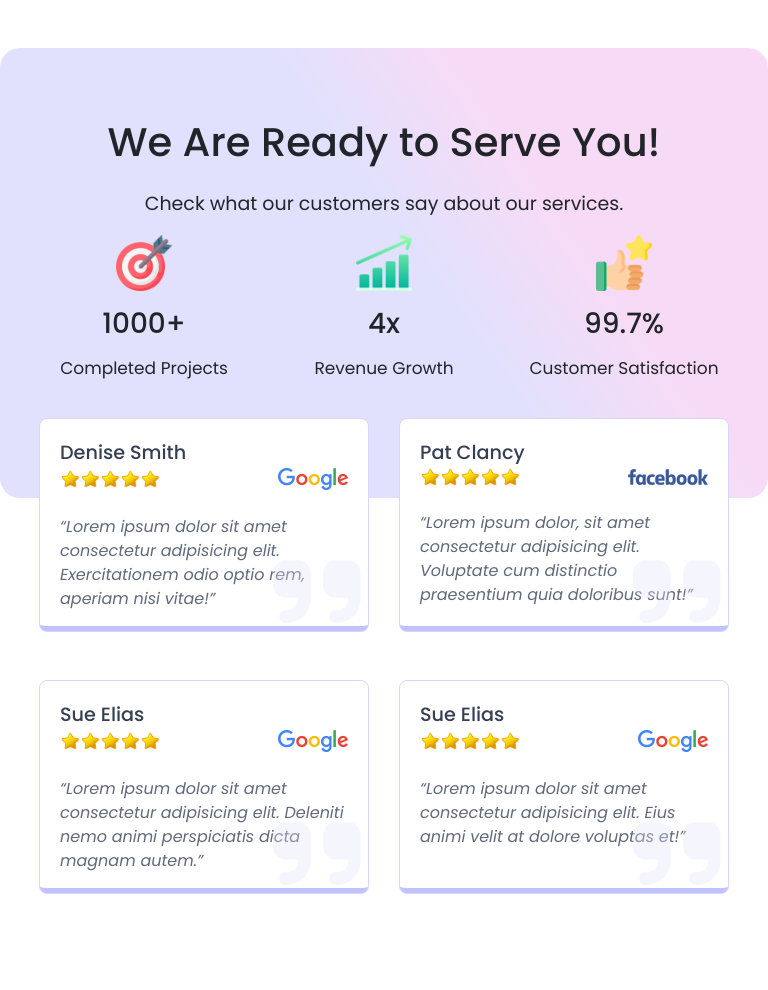
Repository: nazmulalok/review-section-1
Page: index.html
The author's editor kept a copy of each file at every save. The page is drawn from the files as they stood at one save, then again after the next save.
The browser window is 768 px wide. The pictures show the whole page.
Some web libraries are served in a nearby version.

Above is the page before, as saved 2022-08-15 01:18:06.

After the next save:
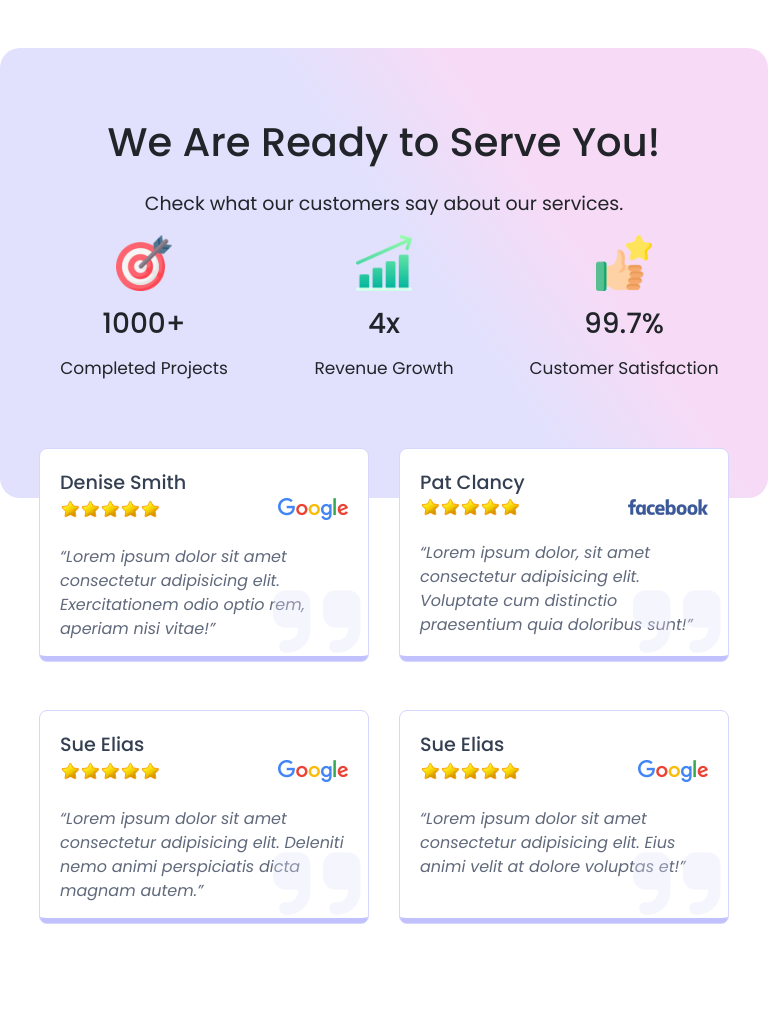
Saved 68 s later.
--- a/style.css
+++ b/style.css
@@ -93,6 +93,6 @@
 
 @media (max-width: 991px) {
     .review-sec {
-        margin-top: -80px;
+        margin-top: -50px;
     }
 }
